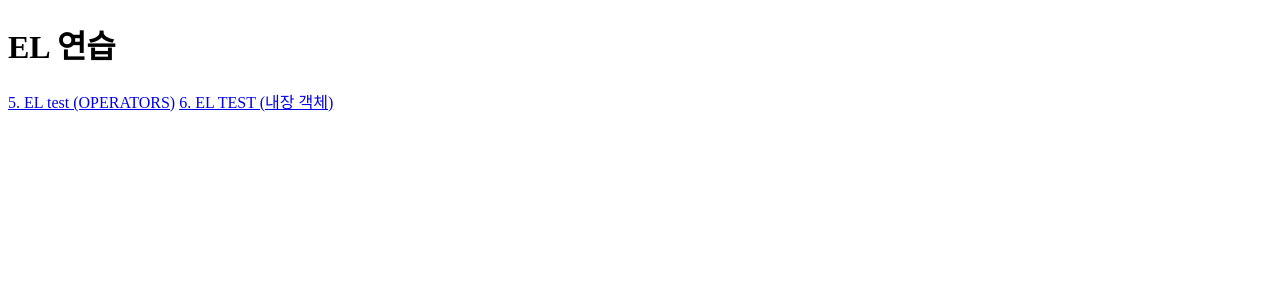
Repository: emthrology/servertest
Page: apache/jspTag/WebContent/EL/jsp_EL.html
An editor plug-in stored every save of this project. The page is shown before and after the next save, followed by the edit.
The browser window is 1280 px wide. The pictures show the whole page.

Above is the page before, as saved 2019-05-16 02:53:39.

After the next save:
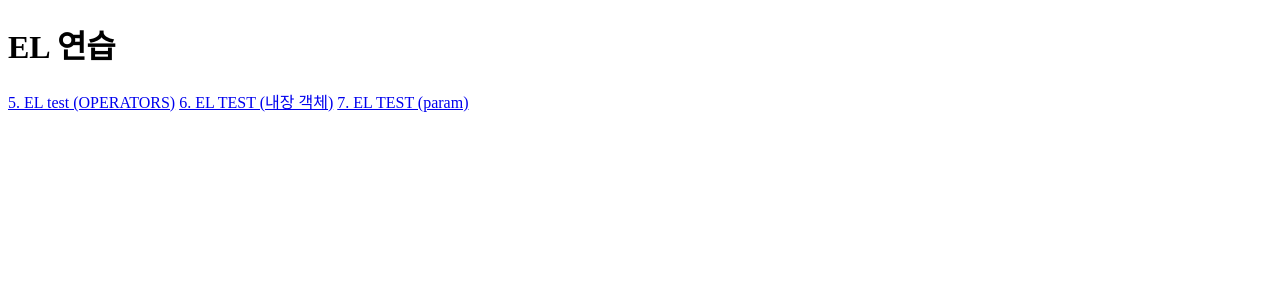
Saved 2 min 0 s later.
--- a/apache/jspTag/WebContent/EL/jsp_EL.html
+++ b/apache/jspTag/WebContent/EL/jsp_EL.html
@@ -6,7 +6,8 @@
 </head>
 <body>
 	<h1>EL 연습</h1>
-	<a href="/EL/ELTest5.jsp">5. EL test (OPERATORS)</a>
-	<a href="/EL/ELTest6.jsp">6. EL TEST (내장 객체)</a>
+	<a href="/jsp/EL/ELTest5.jsp">5. EL test (OPERATORS)</a>
+	<a href="/jsp/EL/ELTest6.jsp">6. EL TEST (내장 객체)</a>
+	<a href="/jsp/EL/form.html">7. EL TEST (param)</a>
 </body>
 </html>
